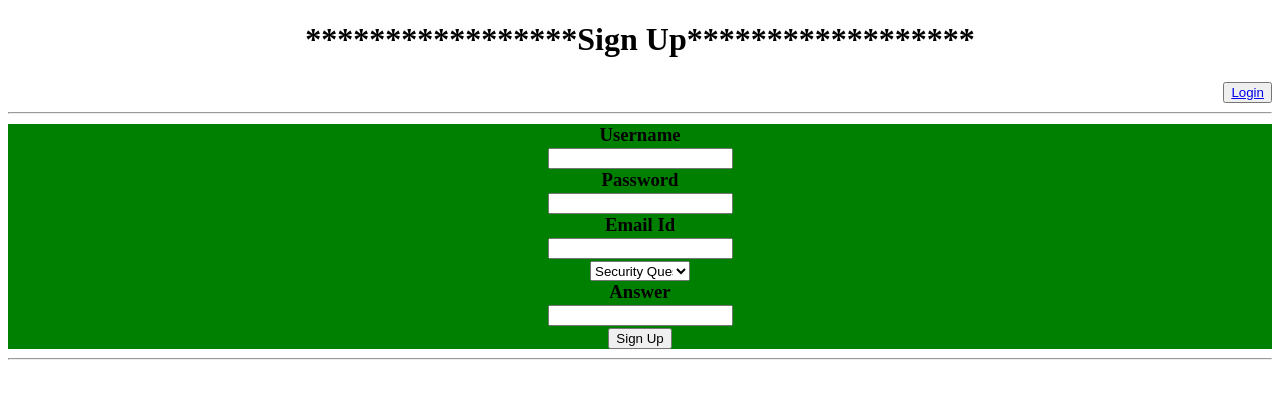
Repository: ShikhaRawat6/mail_simulation
Page: http://localhost/Mail_Simulation/WEB-INF/view/registration.jsp
The author's editor kept a copy of each file at every save. The page is drawn from the files as they stood at one save, then again after the next save.
The browser window is 1280 px wide. The pictures show the whole page.
The page is served by Tomcat 9. Nobody is signed in. The template is opened directly, without the code that normally fills it, so the values that code supplies are empty.

Above is the page before, as saved 2020-01-30 14:22:33.

After the next save:
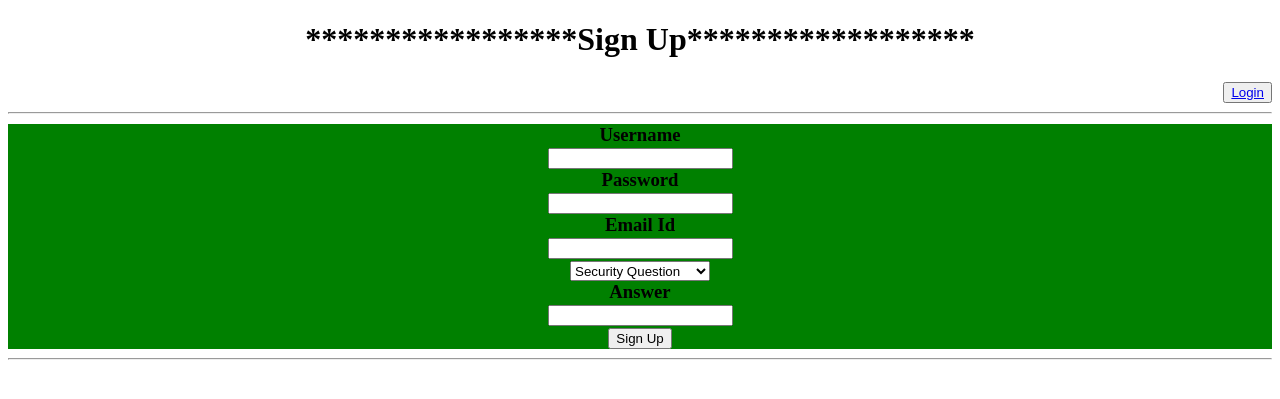
Saved 16 s later.
--- a/Mail_Simulation/WebContent/WEB-INF/view/registration.jsp
+++ b/Mail_Simulation/WebContent/WEB-INF/view/registration.jsp
@@ -36,7 +36,7 @@
 				 </label> <br> <input type="text" name="scrqn" id="scrqn" required="required">
 			</div> -->
 			<div style="background-color: green";>
-			<select name='scrqn' id='scrqn' required="required" style="width: 100px; height: 20px">
+			<select name='scrqn' id='scrqn' required="required" style="width: 140px; height: 20px">
 			<option value='' selected disabled style="background-color: green";>Security Question</option>
 			<option value="1">What's your pet name?</option>
 			<option value="2">Who's your favourite actor?</option>
